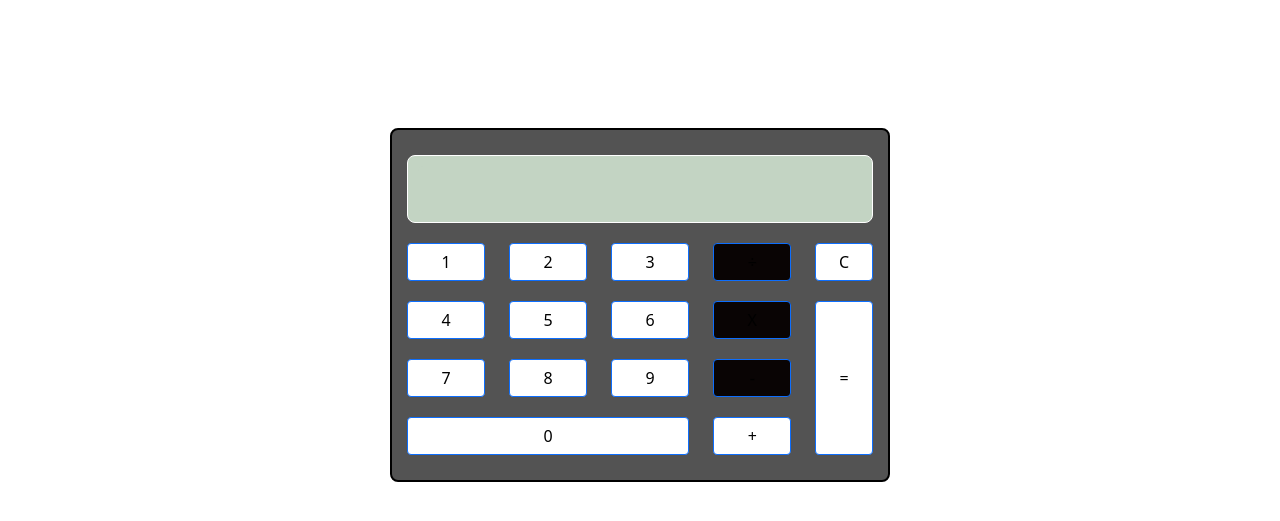
Repository: jsakdalan/CalculatorReactTypescript
Page: /
These files come from the project's save history. The page is drawn as it stood at one moment and after the next save; the edit follows.
The browser window is 1280 px wide. The pictures show the whole page.
The project was rebuilt for these pictures with package versions that can differ from the ones it lists, and the page was loaded fresh each time. Also part of the build but not shown: src/App.css.

Above is the page before, as saved 2022-06-07 17:24:12.

After the next save:
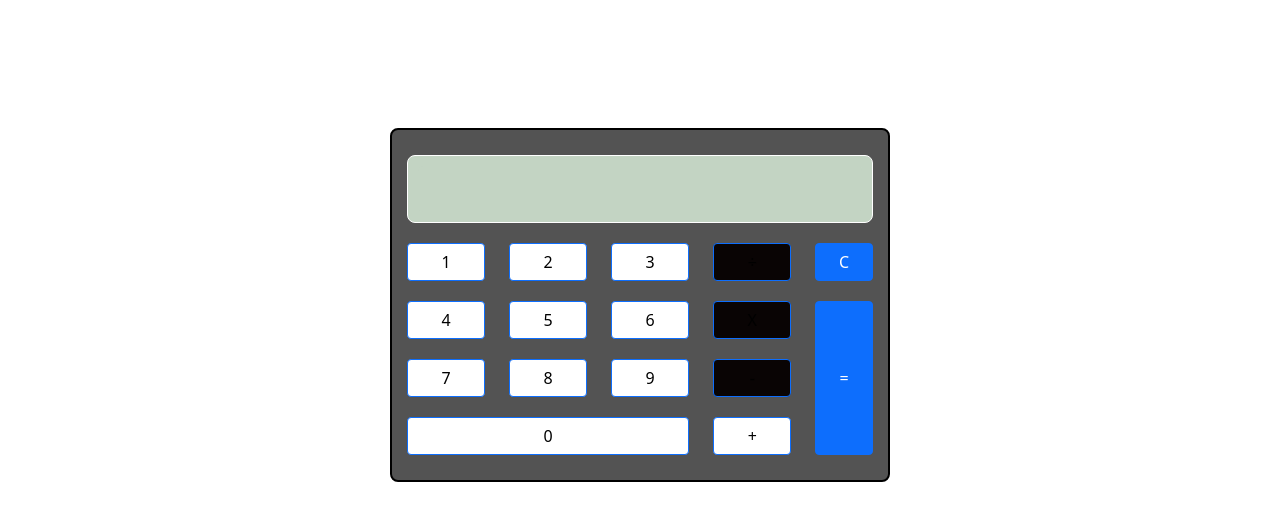
Saved 23 s later.
--- a/src/pages/Calculator.css
+++ b/src/pages/Calculator.css
@@ -28,12 +28,9 @@
     border: none;
 }
 
-.btn-primary{
+.numerical{
     background-color: #ffffff!important;
     color: black!important;
-}
-
-.numerical{
     width: 100%;
     padding: 10px;
     margin: 10px 0px 10px 0px;
@@ -41,6 +38,8 @@
 }
 
 .operational{
+    background-color: #ffffff!important;
+    color: black!important;
     width: 100%;
     padding: 10px;
     margin: 10px 0px 10px 0px;
